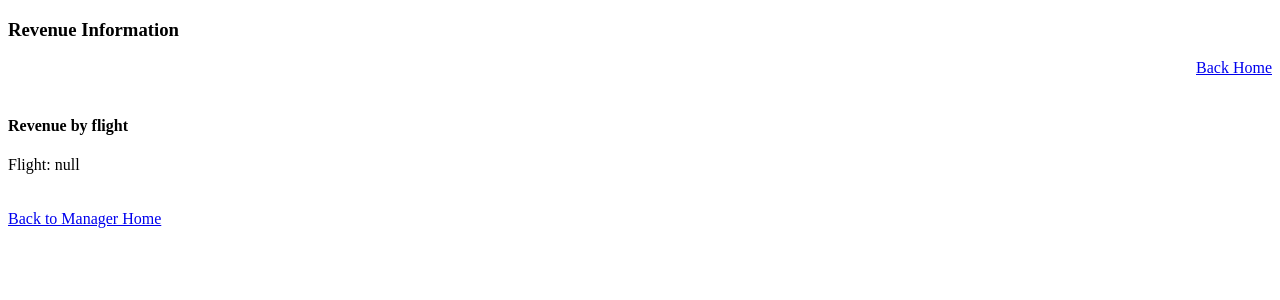
Repository: Pheazon/data_management
Page: http://localhost/cs336Final/revenueFlight.jsp
These files come from the project's save history. The page is drawn as it stood at one moment and after the next save; the edit follows.
The browser window is 1280 px wide. The pictures show the whole page.
The page is served by Tomcat 9. The database holds what the project's SQL file puts in it.

Above is the page before, as saved 2019-12-13 00:53:31.

After the next save:
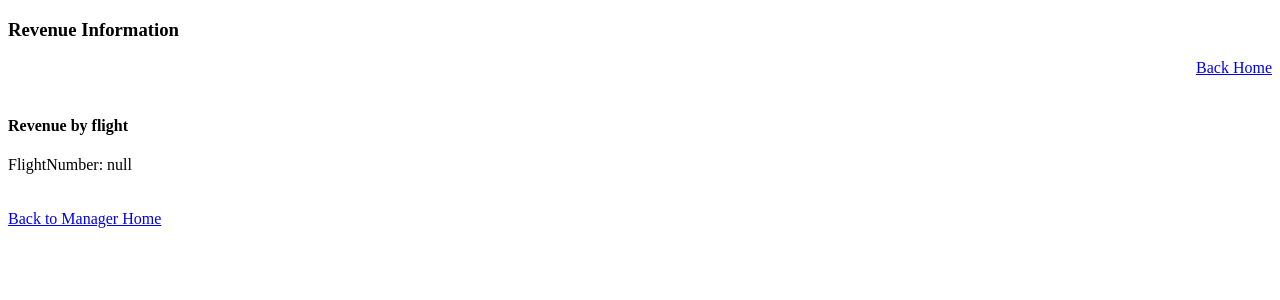
Saved 2 min 39 s later.
--- a/cs336Final/WebContent/revenueFlight.jsp
+++ b/cs336Final/WebContent/revenueFlight.jsp
@@ -24,8 +24,8 @@
 
 <%
 	try {
-		String Flight = request.getParameter("flight");
-		out.println("Flight: " + Flight);
+		String Flight = request.getParameter("FlightNumber");
+		out.println("FlightNumber: " + Flight);
 
 		ApplicationDB db = new ApplicationDB();
 		Connection con = db.getConnection();
@@ -43,14 +43,14 @@
 
 			while (result.next()) {
 
-				String userid = result.getString("userid");
+				String userid = result.getString("FlightNumber");
 				int revenue = result.getInt("bf");
 				int revenue1 = result.getInt("tf");
 				int revenue2 = result.getInt("bf") + result.getInt("tf");
 
 
 
-				out.println("Most Revenue generated by Flight is:<br>"+ userid +" with  $"+ revenue2 +" of revenue.<br><br>");
+				out.println("Most Revenue generated by Flight is:<br>"+ Flight +" with  $"+ revenue2 +" of revenue.<br><br>");
 		}
 		result.close();
 		statement.close();
